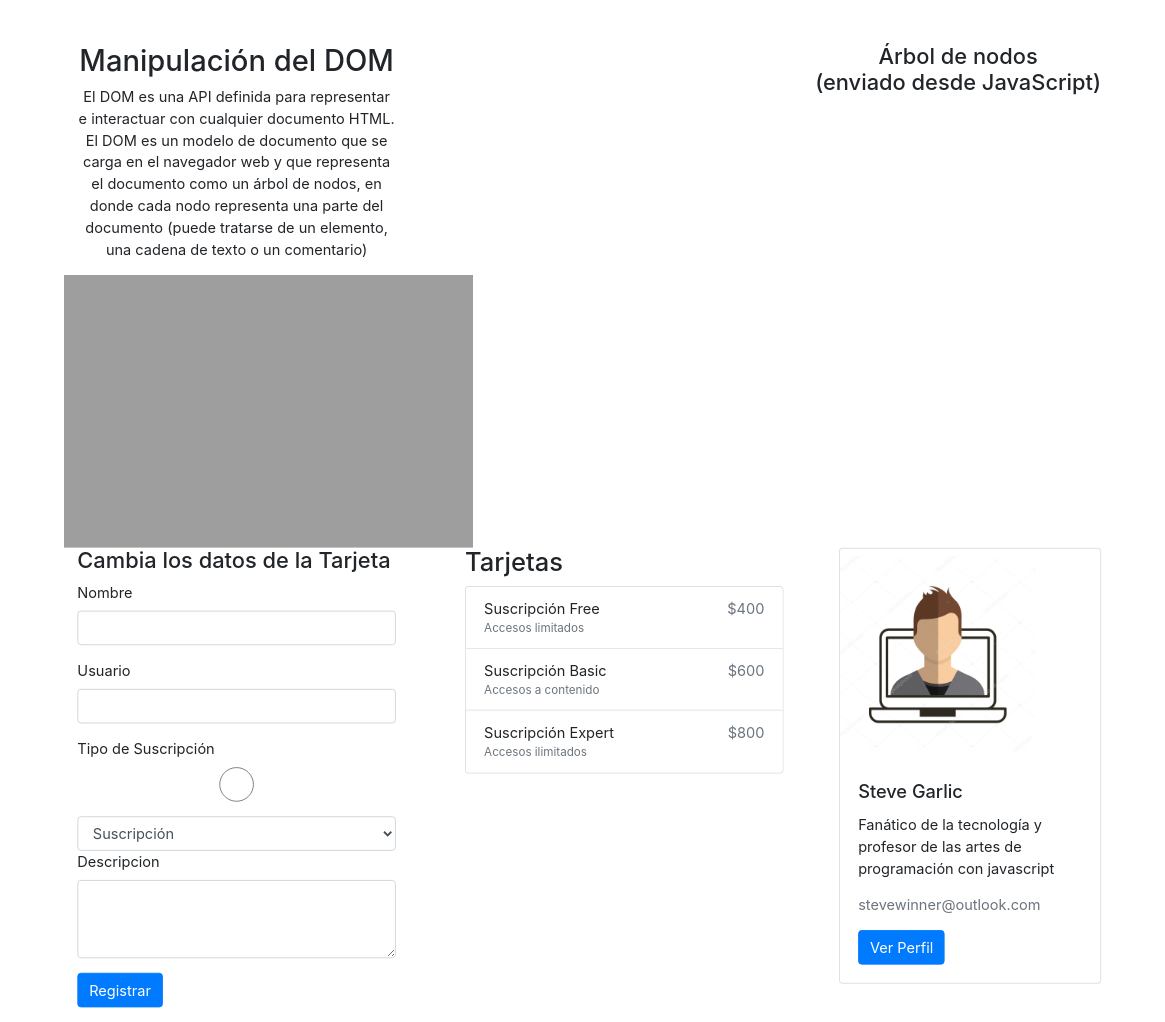
Repository: pedro-donoso/manipulacion-dom
Page: index.html
These files come from the project's save history. The page is drawn as it stood at one moment and after the next save; the edit follows.
The browser window is 1280 px wide. The pictures show the whole page, at 91% of full size.
Pictures or frames that could not be fetched are drawn as grey boxes.

Above is the page before, as saved 2024-02-06 14:22:33.

After the next save:
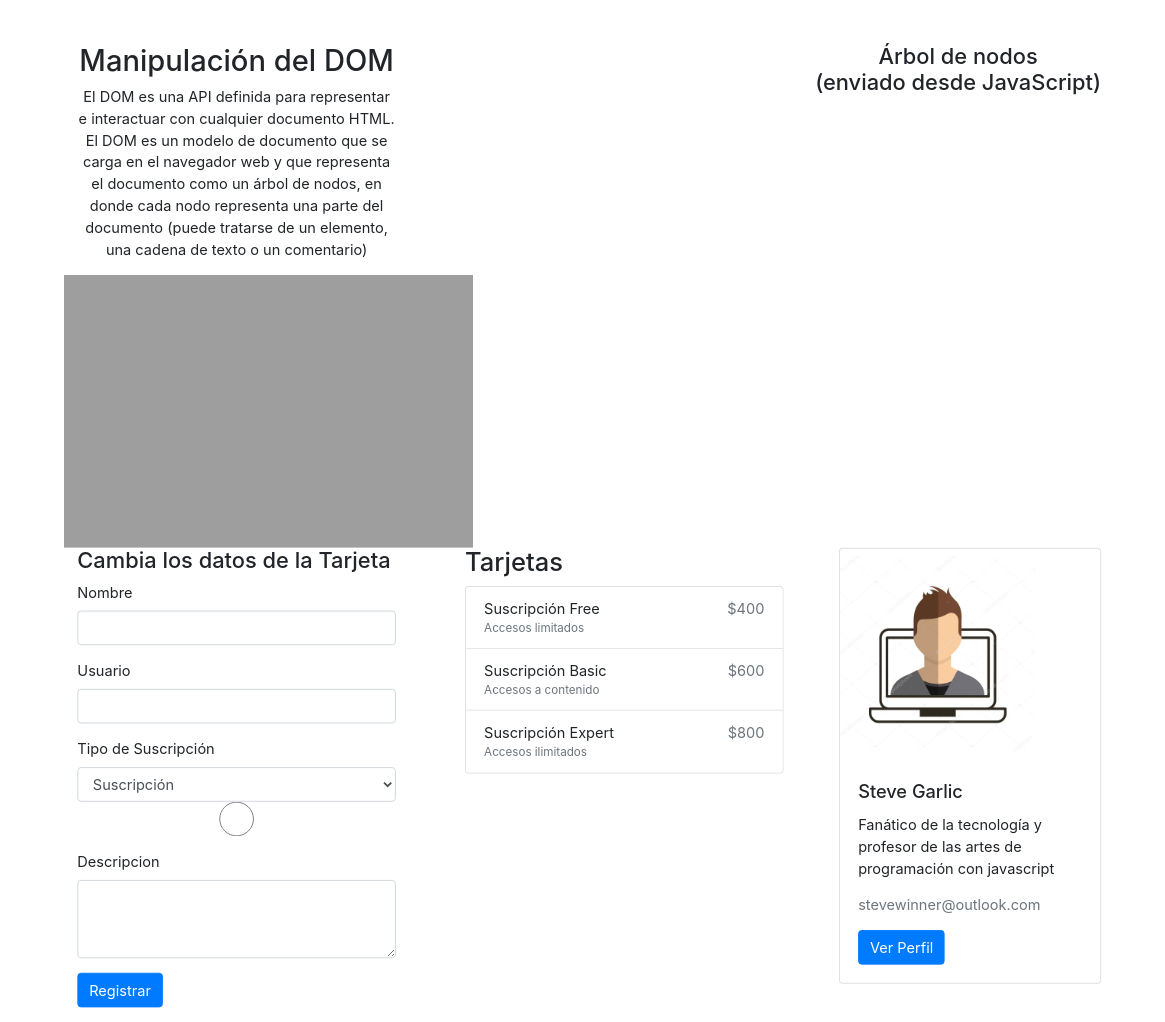
Saved 6 s later.
--- a/index.html
+++ b/index.html
@@ -40,16 +40,16 @@
                     <label>Usuario</label>
                     <input type="text" class="form-control mb-3" id="usuario">
                     <label>Tipo de Suscripción</label>
-
+<select id="tipo" class="form-control">
+                            <option value="Suscripcion">Suscripción</option>
+                            <option value="Compra">Compra</option>
+                        </select>
                     <input type="radio" class="form-control mb-3" id="suscripcion">
 
 
 
 
-                        <select id="tipo" class="form-control">
-                            <option value="Suscripcion">Suscripción</option>
-                            <option value="Compra">Compra</option>
-                        </select>
+
 
 
 
